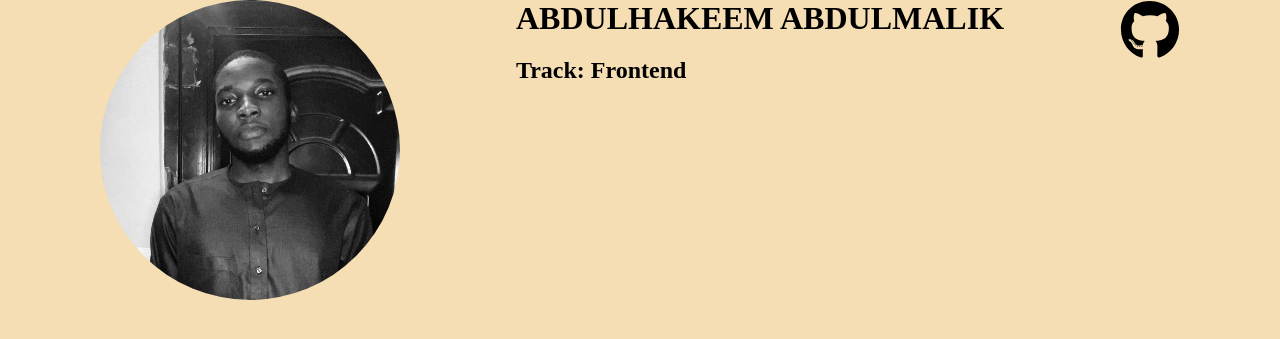
Repository: malikhakeem/HNG-TASK
Page: HNG-TASK1.html
An editor plug-in stored every save of this project. The page is shown before and after a run of saves, followed by the edit.
The browser window is 1280 px wide. The pictures show the whole page.

Above is the page before, as saved 2023-09-08 21:55:15.

### HNG-TASK1.html
<!DOCTYPE html>
<html lang="en">

<head>
    <meta charset="UTF-8">
    <meta name="viewport" content="width=device-width, initial-scale=1.0">

    <link rel="stylesheet" href="./HNG-TASK!.css">
    <title>HNG</title>
</head>

<body>
    <div class="body">
        <div class="nav">
            <div class="nav-left"><img data-testId="slackDisplayImage" class="profile-pic" src="./pic/kim.jpg"alt="Malik" /></div>
            <div class="nav-mid">
                <div class="slack-name">
                    <h1>ABDULHAKEEM ABDULMALIK</h1>
                </div>
                <div data-testId="myTrack"class="track">
                    <h2>Track: Frontend</h2>
                </div>
            </div>
            <div data-testId="slackUserName" class="nav-right">
                <a href="link address"><img src="./pic//github.svg" width="60" height="60"></a>
            </div>

        </div>
    </div>

</body>

</html>

### HNG-TASK!.css
*{
    padding:0px;
    margin:0px;

}

.profile-pic{
    width:300px;
    height:300px;
    border-radius: 50%;
}
.nav{
    display:flex;

    justify-content: space-between;
    padding: 0px 100px 0px 100px;
}

.track{
    padding-top: 20px;
}

body{
    background-color: wheat;
}

After the next 3 saves:
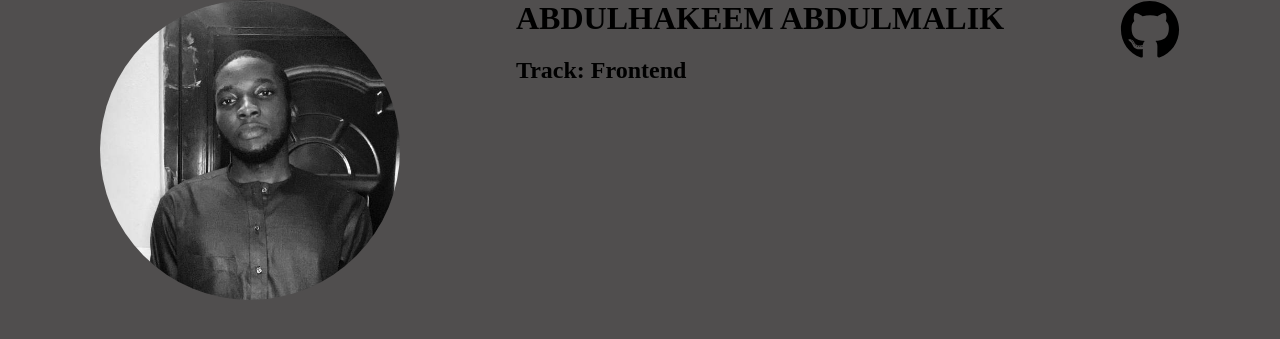
The 3 saves are shown as one change because they came seconds apart.
The last was saved 20 s later.
--- a/HNG-TASK!.css
+++ b/HNG-TASK!.css
@@ -21,5 +21,5 @@
 }
 
 body{
-    background-color: wheat;
+    background-color:rgb(80, 78, 78);
 }
